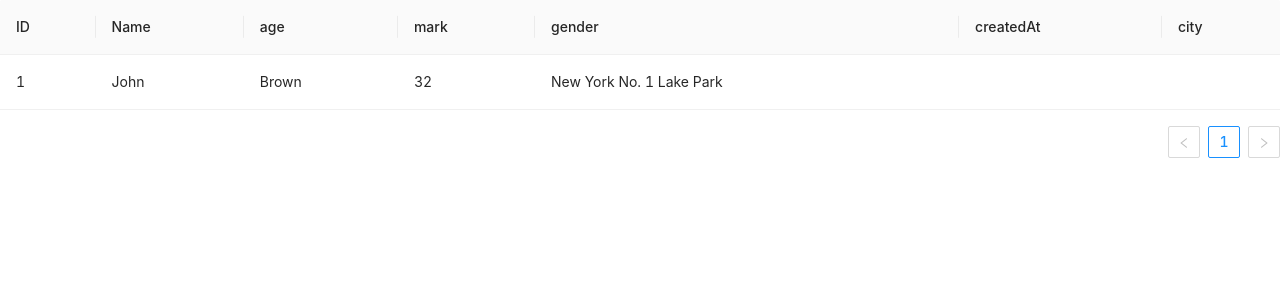
Repository: haminhdat1407/react-api-student
Page: /
An editor plug-in stored every save of this project. The page is shown before and after the next save, followed by the edit.
The browser window is 1280 px wide. The pictures show the whole page.
The page's requests for data from a server got no answer. The project was rebuilt for these pictures with package versions that can differ from the ones it lists, and the page was loaded fresh each time. No one was signed in, and anything a server would have sent is missing. Also part of the build but not shown: src/components/StudentList/style.css, src/styles.css.

Above is the page before, as saved 2022-03-12 19:19:48.

After the next save:
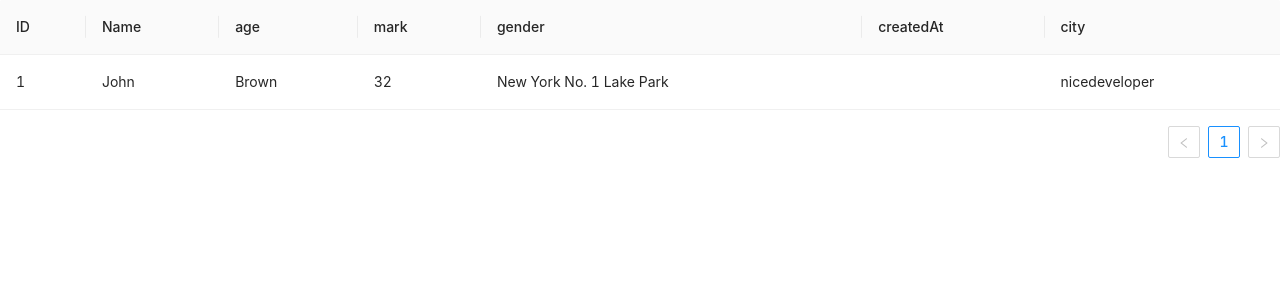
Saved 8 s later.
--- a/src/components/StudentList/index.jsx
+++ b/src/components/StudentList/index.jsx
@@ -21,6 +21,7 @@
       mark: 32,
       gender: 'New York No. 1 Lake Park',
       createAt: ['nice', 'developer'],
+      city: ['nice', 'developer'],
     },
   ];
 

After the 2 saves that followed:
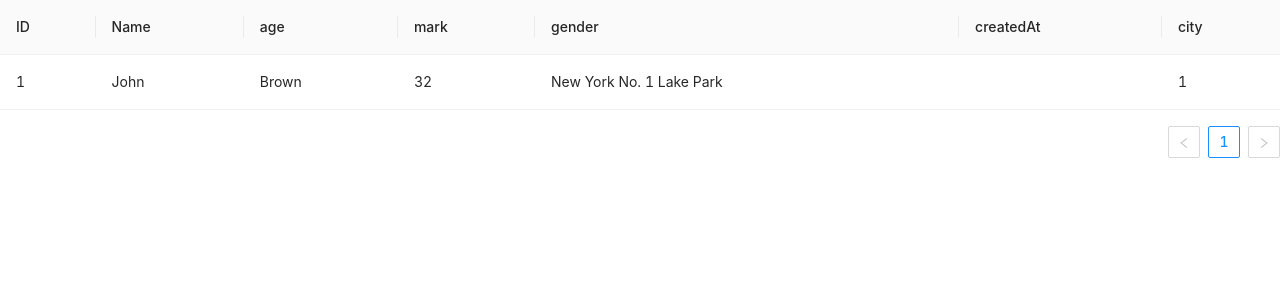
The 2 saves are shown as one change because they came seconds apart.
The last was saved 22 s later.
--- a/src/components/StudentList/index.jsx
+++ b/src/components/StudentList/index.jsx
@@ -20,8 +20,8 @@
       age: 'Brown',
       mark: 32,
       gender: 'New York No. 1 Lake Park',
-      createAt: ['nice', 'developer'],
-      city: ['nice', 'developer'],
+      createAt: 1,
+      city: 1,
     },
   ];
 
